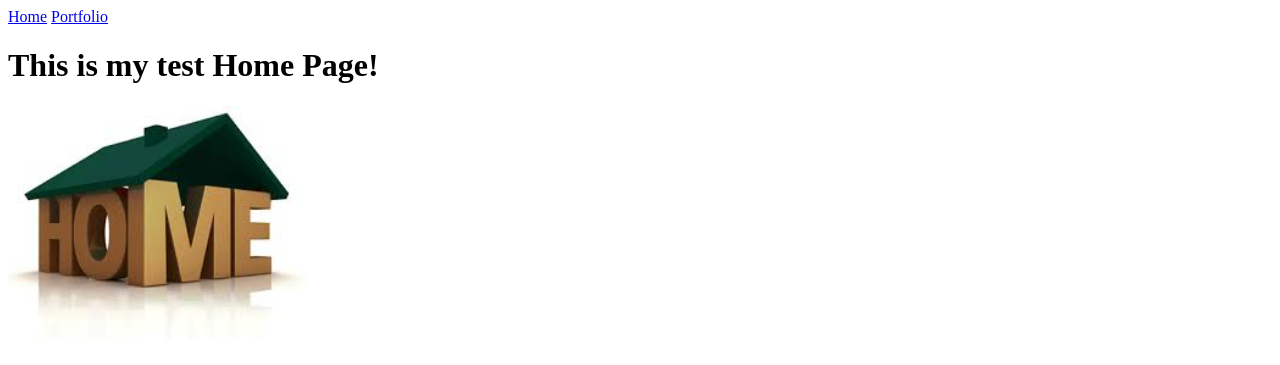
Repository: Jreyes2104/Jreyes2104.github.io
Page: my_website/index.html
The author's editor kept a record of every edit. The page is drawn from the files as they stood at one moment, then again after the next edit.
The browser window is 1280 px wide. The pictures show the whole page.

Above is the page before.

### my_website/index.html
<!doctype html>
<html lang="en">
  <head>
    <meta charset="utf-8">
    <title>Home</title>
  </head>
  <body>
    <a href="index.html">Home</a>
    <a href="portfolio.html">Portfolio</a>
    <h1>This is my test Home Page!</h1>
    <img src="images/home.jpg" height="250">
  </body>
</html>

After the next edit:
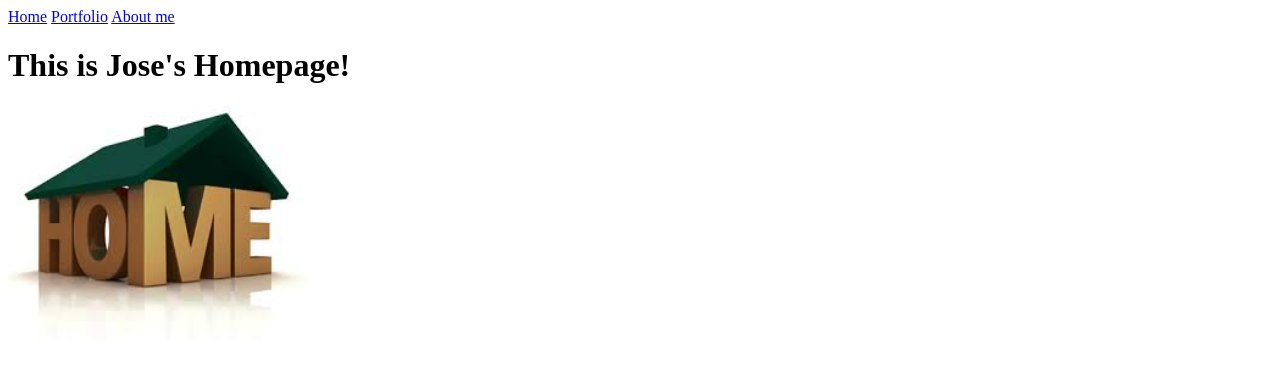
The edit:
--- a/my_website/index.html
+++ b/my_website/index.html
@@ -7,7 +7,8 @@
   <body>
     <a href="index.html">Home</a>
     <a href="portfolio.html">Portfolio</a>
-    <h1>This is my test Home Page!</h1>
+    <a href="aboutme.html">About me</a>
+    <h1>This is Jose's Homepage!</h1>
     <img src="images/home.jpg" height="250">
   </body>
 </html>
